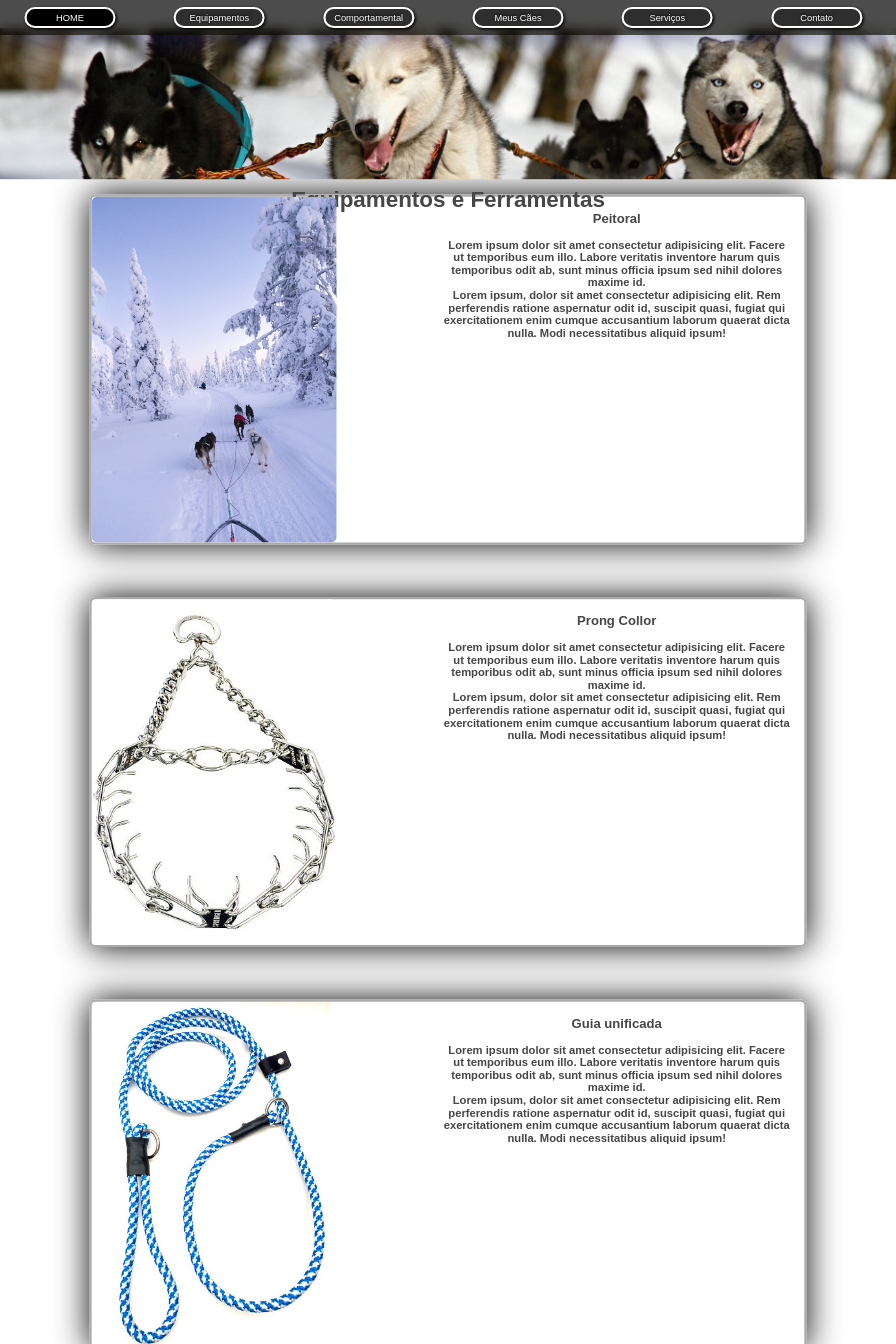
Repository: KevynMarques/Blog-React-StyledComponent
Page: /, after clicking the first element matching `button.sc-eqUAAy`
These files come from the project's save history. The page is drawn as it stood at one moment and after a run of saves; the edit follows.
The browser window is 1280 px wide. The pictures show the part of the page from y = 0 to 1920 px (the page is 3178 px tall before and 3303 px after), at 70% of full size.
The project was rebuilt for these pictures with package versions that can differ from the ones it lists, and the page was loaded fresh each time.

Above is the page before, as saved 2022-02-02 14:35:50.

### src/App.js
import Home from './Components/Home';
import Sobre from './Components/Sobre/index';
import { useState, useEffect } from 'react';
import { GlobalStyle } from './GlobalStyle';
import Geral from './Components/Geral/index';
import Equipamentos from './Components/Equipamentos/index'

function App() {

  const [geral, setGeral]=useState(<Sobre />);

  return (
    <>
    <Home setGeral={setGeral} />
    <Geral geral={geral} />
    <GlobalStyle/>
   </>
  );
}

export default App;

### src/Components/Home/index.jsx
import React from "react"
import { Home,  HomeB, Equip, Comportamental, MeusCaes, Serviços, Contato } from "./Style"
import Equipamentos from "../Equipamentos/index"
import Sobre from '../Sobre/index'



export default (props) => {

  const clickEquipe = () => {
    return (
      props.setGeral(<Equipamentos />)
    );

  }

  const clickHome = () => {
    return (
      props.setGeral(<Sobre />)
    );

  }

  const clickComportamental = () => {
    return (
      props.setGeral(<Sobre />)
    );

  }

  const clickGuarda = () => {
    return (
      props.setGeral(<Sobre />)
    );

  }

  const clickContato = () => {
    return (
      props.setGeral(<Sobre />)
    );

  }

  return (
   <>
    <Home>
       <HomeB onClick={clickHome} >HOME</HomeB>
       <Equip onClick={clickEquipe} >Equipamentos</Equip>
       <Comportamental onClick={clickHome} >Comportamental</Comportamental>
       <MeusCaes onClick={clickHome}>Meus Cães</MeusCaes>
       <Serviços onClick={clickHome}>Serviços</Serviços>
       <Contato onClick={clickHome}>Contato</Contato>

    </Home>
    </>
  );
}

### src/Components/Sobre/index.jsx
import { Sobre, Tittle, Dogs, Baner} from "./style"
import Foto from '../Image/foto.png'
import LV from '../Image/LV.jpg';
import Dog from '../Image/Dog.png'

export default () => {
  return (
<>
     <Baner>
       <img src={Dog} />
     </Baner>

   <Tittle>
    <h1>Adestramento DK</h1>
      <h2>Quem sou eu?</h2>
    </Tittle>


  <Sobre>
    <section>
    <p>Lorem ipsum dolor sit amet consectetur adipisicing elit. Facere ut temporibus eum illo. Labore veritatis inventore harum quis temporibus odit ab, sunt minus officia ipsum sed nihil dolores maxime id.
      <br></br>
    Lorem ipsum, dolor sit amet consectetur adipisicing elit. Rem perferendis ratione aspernatur odit id, suscipit quasi, fugiat qui exercitationem enim cumque accusantium laborum quaerat dicta nulla. Modi necessitatibus aliquid ipsum!
    </p>
       <div>
        <img src={Foto} />
       </div>
    </section>
  </Sobre>


  <Tittle>
      <h2>Viper e Logan</h2>
      <p>Acompanhem nosso dia a dia.</p>
    </Tittle>

<Dogs>
<section>
    <p>Lorem ipsum dolor sit amet consectetur adipisicing elit. Facere ut temporibus eum illo. Labore veritatis inventore harum quis temporibus odit ab, sunt minus officia ipsum sed nihil dolores maxime id.
      <br></br>
    Lorem ipsum, dolor sit amet consectetur adipisicing elit. Rem perferendis ratione aspernatur odit id, suscipit quasi, fugiat qui exercitationem enim cumque accusantium laborum quaerat dicta nulla. Modi necessitatibus aliquid ipsum!
    </p>
       <div>
        <img src={LV} />
       </div>
    </section>
</Dogs>

</>

  );
}

### src/GlobalStyle.js
import { createGlobalStyle } from 'styled-components';

 export const GlobalStyle = createGlobalStyle`
  * {
    margin: 0;
    padding: 0;
    box-sizing: border-box;

  }


`;

### src/Components/Geral/index.jsx
import React from "react"
import Equipamentos from "../Equipamentos";
import Sobre from "../Sobre";

export default (props) => {

  return (

    <>
    {props.geral}
    </>

  );

}

### src/Components/Equipamentos/index.jsx
import {Teste, Baner, Container} from './style'
import Caes from '../Image/Equip.jpeg'
import Caixa from '../Image/Caixa.jpg'
import Peitoral  from '../Image/peitoral.jpeg'
import Prong from '../Image/prong.jpg'
import Unificada from '../Image/unificada.jpg'
import Eletronico from '../Image/eletronico.jpg'



export default () => {
  return (
    <>
    <Baner>
    <img src={Caes} />
    </Baner>

    <Teste>
      <h1>Equipamentos e Ferramentas</h1>


     <Container>
      <section>
      <p>
      <h1>Peitoral</h1>
      <br/>
      Lorem ipsum dolor sit amet consectetur adipisicing elit. Facere ut temporibus eum illo. Labore veritatis inventore harum quis  temporibus odit ab, sunt minus officia ipsum sed nihil dolores maxime id.
       <br></br>
       Lorem ipsum, dolor sit amet consectetur adipisicing elit. Rem perferendis ratione aspernatur odit id, suscipit quasi, fugiat qui exercitationem enim cumque accusantium laborum quaerat dicta nulla. Modi necessitatibus aliquid ipsum!
    </p>
    <div>
        <img src={Peitoral} />
       </div>
    </section>
    </Container>

    <Container>
      <section>
    <p>
    <h1>Prong Collor</h1>
      <br/>
      Lorem ipsum dolor sit amet consectetur adipisicing elit. Facere ut temporibus eum illo. Labore veritatis inventore harum quis temporibus odit ab, sunt minus officia ipsum sed nihil dolores maxime id.
      <br></br>
    Lorem ipsum, dolor sit amet consectetur adipisicing elit. Rem perferendis ratione aspernatur odit id, suscipit quasi, fugiat qui exercitationem enim cumque accusantium laborum quaerat dicta nulla. Modi necessitatibus aliquid ipsum!
    </p>
    <div>
        <img src={Prong} />
       </div>
    </section>
    </Container>

    <Container>
      <section>
    <p>
    <h1>Guia unificada</h1>
      <br/>
      Lorem ipsum dolor sit amet consectetur adipisicing elit. Facere ut temporibus eum illo. Labore veritatis inventore harum quis temporibus odit ab, sunt minus officia ipsum sed nihil dolores maxime id.
      <br></br>
    Lorem ipsum, dolor sit amet consectetur adipisicing elit. Rem perferendis ratione aspernatur odit id, suscipit quasi, fugiat qui exercitationem enim cumque accusantium laborum quaerat dicta nulla. Modi necessitatibus aliquid ipsum!
    </p>
    <div>
        <img src={Unificada} />
       </div>
    </section>
    </Container>


    <Container>
      <section>
    <p>
    <h1>Caixa de Transportes</h1>
      <br/>
      Lorem ipsum dolor sit amet consectetur adipisicing elit. Facere ut temporibus eum illo. Labore veritatis inventore harum quis temporibus odit ab, sunt minus officia ipsum sed nihil dolores maxime id.
      <br></br>
    Lorem ipsum, dolor sit amet consectetur adipisicing elit. Rem perferendis ratione aspernatur odit id, suscipit quasi, fugiat qui exercitationem enim cumque accusantium laborum quaerat dicta nulla. Modi necessitatibus aliquid ipsum!
    </p>
    <div>
        <img src={Caixa} />
       </div>
    </section>
    </Container>


    <Container>
      <section>
    <p>
    <h1>Colar eletrônico</h1>
      <br/>
      Lorem ipsum dolor sit amet consectetur adipisicing elit. Facere ut temporibus eum illo. Labore veritatis inventore harum quis temporibus odit ab, sunt minus officia ipsum sed nihil dolores maxime id.
      <br></br>
    Lorem ipsum, dolor sit amet consectetur adipisicing elit. Rem perferendis ratione aspernatur odit id, suscipit quasi, fugiat qui exercitationem enim cumque accusantium laborum quaerat dicta nulla. Modi necessitatibus aliquid ipsum!
    </p>
    <div>
        <img src={Eletronico} />
       </div>
    </section>
    </Container>


    </Teste>
    </>
  );
}

### src/Components/Home/Style.jsx
import styled from "styled-components";


export const  Home  = styled.div `
     width: 100vw;
     height: 50px;
     margin: 0;
     position: fixed;
     z-index: 99999;
     background: rgba( 0, 0, 0, 0.7 );
     box-shadow: 0 8px 32px 0 rgba( 31, 38, 135, 0.37 );
     backdrop-filter: blur( 7.5px );
     -webkit-backdrop-filter: blur( 7.5px );
     color:white;
     display: flex;
     align-items: center;
     justify-content: center;
`;

export const HomeB = styled.button `

font-family: Arial, Helvetica, sans-serif;
font-style:normal;
color:#ffffff;
background:#000000;
border:3px solid #ffffff;
text-shadow:0px -1px 3px #000000;
box-shadow:2px 2px 5px #000000;
-moz-box-shadow:2px 2px 5px #000000;
-webkit-box-shadow:2px 2px 5px #000000;
border-radius:25px 25px 25px 25px;
-moz-border-radius:25px 25px 25px 25px;
-webkit-border-radius:25px 25px 25px 25px;
width:130px;
height: 30px;

&:hover {
  background-color: black;
}

cursor:pointer;
margin:0 auto;
margin-left: 35px;

&:active {
  transform: scale(0.9);
}

`;


export const Equip = styled(HomeB) `

background:#2e2e2e;

`;

export const Comportamental = styled(HomeB) `

background:#2e2e2e;

`;


export const MeusCaes = styled(HomeB) `

background:#2e2e2e;

`;


export const Serviços = styled(HomeB) `

background:#2e2e2e;

`;

export const Contato = styled(HomeB) `

background:#2e2e2e;

`;

### src/Components/Sobre/style.jsx
import styled from "styled-components";

export const Baner= styled.div `
  width: 100%;
  height: 30vh;


    img {
    width: 100%;
    height: 100%;
    object-fit: cover;

    }
`;


export const Tittle = styled.h1`
@import url('https://fonts.googleapis.com/css2?family=Prompt:ital,wght@1,300&display=swap');
color: #312f2f;
font-size: 30px;
font-family: 'Prompt', sans-serif;
text-align: center;
height: 40px;
margin-top: 10px;

      h2 {
      font-size:26px ;
      margin-top: 15px;
      }
`;

export const  Sobre  = styled.section `
  height: 500px;
  border: solid 3px #aaaaaa;
  width: 80vw;
  margin: 100px  10%;
  border-radius: 8px;
  box-shadow: 0 0 3em Black;
  display: flex;


  div {
    width: 35%;
    height:494px;
    margin-top: -146px;
  }

  img {
    object-fit: cover;
    width: 100%;
    height: 100%;
    border-radius: 8px;
  }

p {
    width: 500px;
    margin-left: 500px;
    margin-top: 20px;
    font-size: 16px;
    font-family: Arial, Helvetica, sans-serif;
  }
`;



export const  Dogs  = styled(Sobre) `

`;

### src/Components/Equipamentos/style.jsx
import styled from "styled-components";
import { Sobre } from '../Sobre/style';


export const Teste = styled.h1 `
 text-align: center;
 font-size: 16px;
 margin-top: 50px;
 font-family: Arial, Helvetica, sans-serif;
 color: #464646;
`;

export const Baner= styled.div `
  width: 100%;
  height: 30vh;


    img {
    width: 100%;
    height: 100%;
    object-fit: cover;
    margin-top: 40px;

    }
`;

export const Container = styled(Sobre) `
         margin-top: -25px;
    img {
      margin-top: -58px;
    }
`;

Loaded but not shown: public/index.html (common file); src/index.js (common file)

After the next 2 saves:
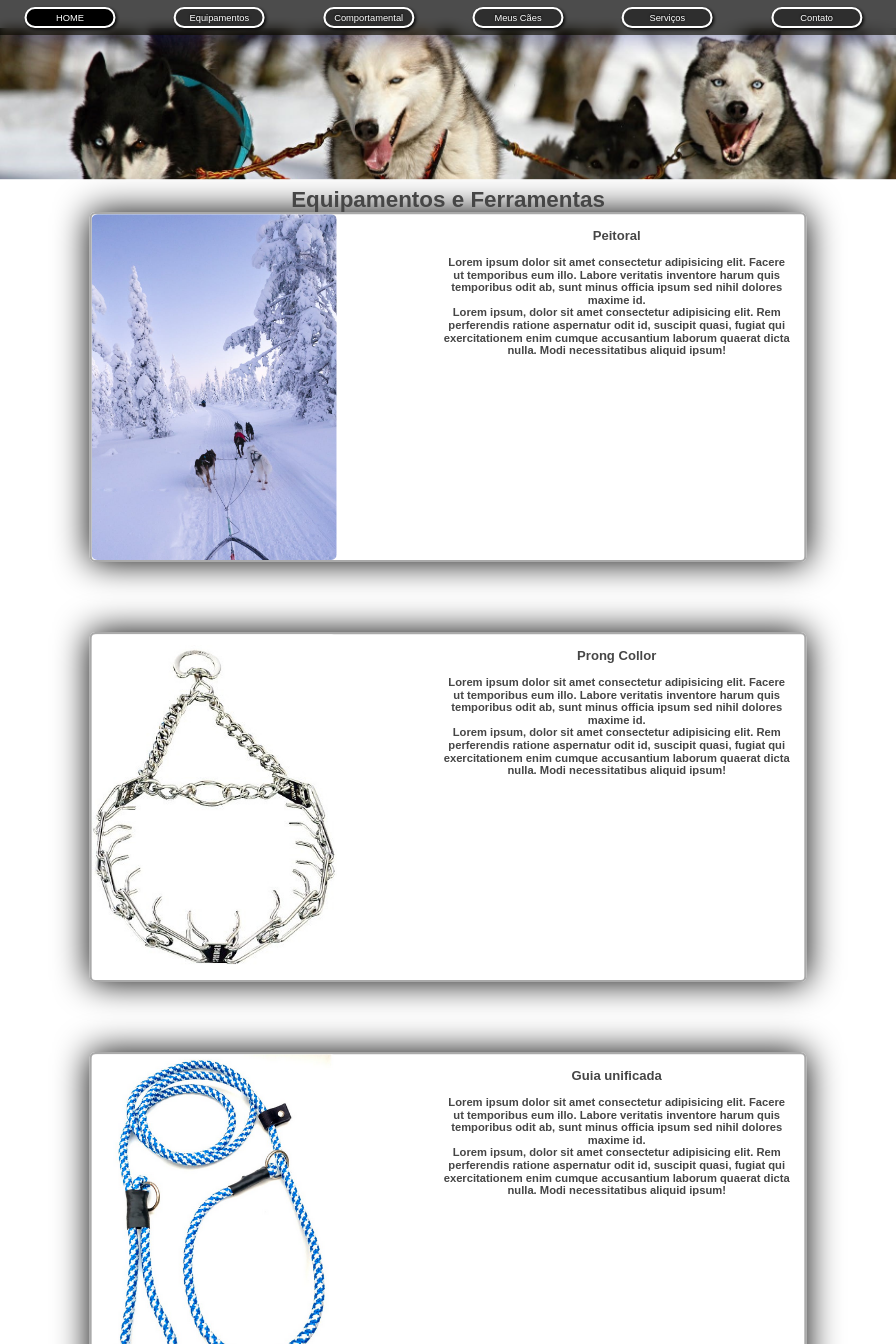
The 2 saves are shown as one change because they came seconds apart.
The last was saved 7 s later.
--- a/src/Components/Equipamentos/style.jsx
+++ b/src/Components/Equipamentos/style.jsx
@@ -25,7 +25,7 @@ export const Baner= styled.div `
 `;
 
 export const Container = styled(Sobre) `
-         margin-top: -25px;
+         margin-top: 0px;
     img {
       margin-top: -58px;
     }
